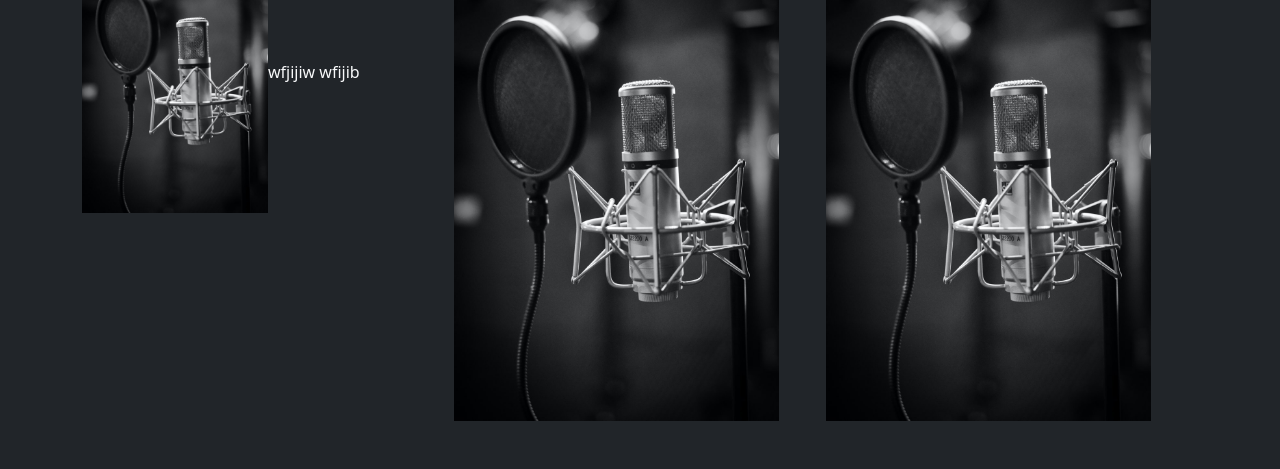
Repository: Eugene44-hub/music-workshop-site
Page: index.html
An editor plug-in stored every save of this project. The page is shown before and after the next save, followed by the edit.
The browser window is 1280 px wide. The pictures show the part of the page from y = 1393 to 1862 px (the page is 1862 px tall).
A picture or video elsewhere on the page could not be fetched, so the positions and the page height are approximate. Some web libraries are served in a nearby version.

Above is the page before, as saved 2021-10-24 15:00:49.

### index.html
<!DOCTYPE html>
<html lang="en">

<head>
    <meta charset="UTF-8">
    <meta http-equiv="X-UA-Compatible" content="IE=edge">
    <meta name="viewport" content="width=device-width, initial-scale=1.0">
    <title>Document</title>
    <link rel="stylesheet" href="style.css">
    <!-- CSS only -->
    <link href="https://cdn.jsdelivr.net/npm/bootstrap@5.1.3/dist/css/bootstrap.min.css" rel="stylesheet" integrity="sha384-1BmE4kWBq78iYhFldvKuhfTAU6auU8tT94WrHftjDbrCEXSU1oBoqyl2QvZ6jIW3" crossorigin="anonymous">
    <link rel="stylesheet" href="https://cdn.jsdelivr.net/npm/bootstrap-icons@1.6.1/font/bootstrap-icons.css">
</head>

<body class="bg-dark p-md-5 p-3">
    <!-- registeration starts  -->
    <section id="registration">
        <div class="container">
            <div class="d-lg-flex text-white bg-black align-items-center" id="regImg">
                <div id="regText" class="col-md text-center p-5">
                    <h2 id="musicheader" class="text-uppercase fs-2">
                        music workshop </h2>
                    <p class="text-danger"> free Workshop and classes</p>
                    <p class="text-secondary">Website services that aren't tailored to your users create missed oppurtunities. the structure and flow of your website should be logical and</p>
                    <div class="mt-5">
                        <button class="btn btn-danger mx-2">Register Now</button>
                        <button class="btn text-light mx-2"><i class="bi bi-caret-down-fill"></i> PLAY VIDEO</button>
                    </div>
                </div>
                <div class="col-md"> <img src="images/eminem.jpg" alt="" class="img-fluid"></div>

            </div>
        </div>
    </section>
    <!-- registeration ends  -->

    <!-- whats new starts -->
    <section class="text-light">
        <div class="container">
            <h2 id="new" class='text-center text-light fs-3 my-5'>What's new</h2>
            <div class="d-lg-flex row-sm  align-items-stretch">
                <div class="col-sm-6 col-lg m-auto">
                    <img src="images/microphone.jpg" class="img-fluid" alt="">
                </div>
                <div id="protextContain" class=" mx-sm-auto col-sm-6 col-lg py-5 py-lg-0 position-relative d-flex border-top border-danger ms-lg-3 mt-5 mt-lg-0">
                    <div id="proText" class="my-lg-auto ">
                        <h4 class="lead">
                            PRO SILENT <br> SYMPHONY
                        </h4>
                        <small>june 2021 By unik creative</small>
                        <p class="mt-5">site services that <br> aren't tailored</p>
                    </div>
                </div>
                <div class="col-sm-6 col-lg m-auto">
                    <img src="images/microphone.jpg" class="img-fluid" alt="">
                </div>
                <div id=protextContain class="mx-sm-auto col-sm-6 col-lg py-5 py-lg-0 position-relative d-flex border-top border-danger ms-lg-3 mt-5 mt-lg-0">
                    <div id="proText" class="my-lg-auto ">
                        <h4 class="lead">
                            PRO SILENT <br> SYMPHONY
                        </h4>
                        <small>june 2021 By unik creative</small>
                        <p class="mt-5">site services that <br> aren't tailored</p>
                    </div>

                </div>
                <div class="col-sm-6 col-lg m-auto">
                    <img src="images/microphone.jpg" class="img-fluid" alt="">
                </div>

                <div id=protextContain class="mx-sm-auto col-sm-6 col-lg py-5 py-lg-0 position-relative d-flex border-top border-danger ms-lg-3 mt-5 mt-lg-0">
                    <div id="proText" class="my-lg-auto ">
                        <h4 class="lead">
                            PRO SILENT <br> SYMPHONY
                        </h4>
                        <small>june 2021 By unik creative</small>
                        <p class="mt-5">site services that <br> aren't tailored</p>
                    </div>

                </div>
            </div>
        </div>

    </section>
    <!-- whats new ends -->

    <!-- newletter section starts -->
    <section class="text-light ">
        <div class="container">
            <div class="d-lg-flex">
                <div class="col-md bg-danger d-flex p-5 m-auto newsletter">
                    <div class="m-auto">
                        <h2>SUBSCRIBE TO OUR NEWS LETTER</h2>
                        <p>subscribe to our News Letter to get the latest news about our products</p>
                        <input type="text" class="form-control">
                    </div>

                </div>
                <div class="col-md d-flex  p-5 newsletter" id="eminemBack">
                    <div class="m-auto ">
                        <h1 class="text-danger text-center" style="font-size:80px">"</h1>
                        <p class="text-center lead ">Website services that aren't tailored to your users create missed opputunities. The structure and flow of your website should be logical and straightforward
                        </p>
                        <div class="d-flex  align-items-center justify-content-center">
                            <img src="http://randomuser.me/api/portraits/men/4.jpg" class="rounded-circle img-fluid mx-2 " alt="">
                            <div class='mx-2'>
                                <h4>Lung Li</h3>
                                    <small>Singer</small>
                            </div>

                        </div>

                    </div>
                </div>
            </div>
        </div>
    </section>
    <!-- newletter section ends -->

    <!-- items starts-->
    <section class="text-light">

        <div class="container">
            <div class="d-flex">

                <div class="col">
                    <h3>Featured Item</h3>
                    <div class="d-flex">
                        <div>
                            <p><img src="images/microphone.jpg" class="img-fluid w-50" alt="">wfjijiw wfijib

                            </p>
                        </div>

                    </div>

                </div>

                <div class="col">
                    <h3>Featured Item</h3>
                    <div class="d-flex">
                        <div><img src="images/microphone.jpg" class="img-fluid" alt=""></div>
                        <p>wfjijiw wfiji</p>
                    </div>
                </div>

                <div class="col">
                    <h3>Featured Item</h3>
                    <div class="d-flex">
                        <div><img src="images/microphone.jpg" class="img-fluid" alt=""></div>
                        <p>wfjijiw wfiji</p>
                    </div>
                </div>

            </div>
        </div>

    </section>
    <!-- items ends-->

</body>
<!-- JavaScript Bundle with Popper -->
<script src="https://cdn.jsdelivr.net/npm/bootstrap@5.1.3/dist/js/bootstrap.bundle.min.js " integrity="sha384-ka7Sk0Gln4gmtz2MlQnikT1wXgYsOg+OMhuP+IlRH9sENBO0LRn5q+8nbTov4+1p " crossorigin="anonymous "></script>

</html>

### style.css
#musicheader,
#new {
    letter-spacing: 6px
}

.newsletter {
    height: 500px;
}

#eminemBack {
    background-image: url('images/eminem.jpg');
    background-repeat: no-repeat;
    /* background-size: ; */
    background-position-y: center;
    background-position-x: center;
}

After the next save:
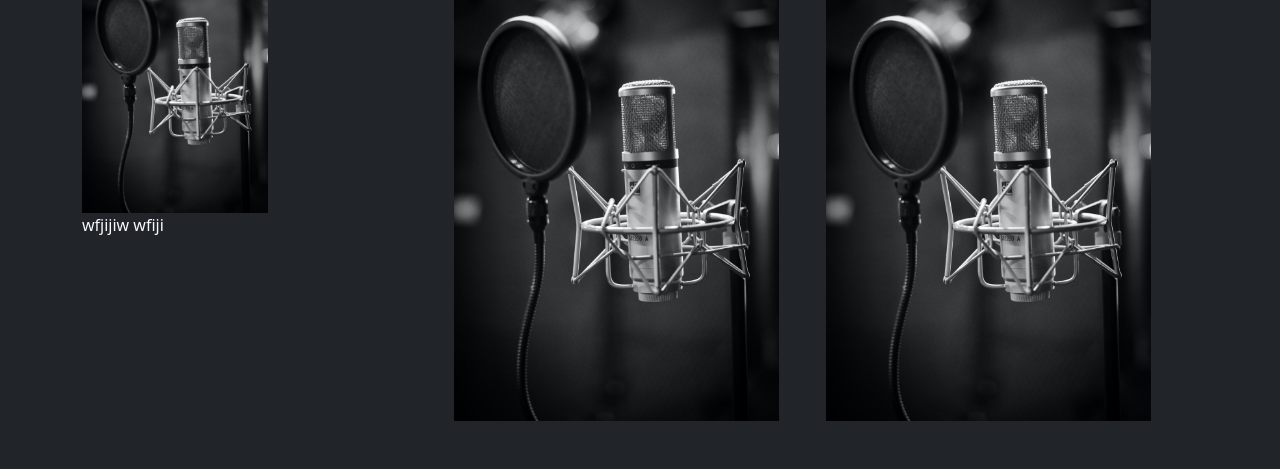
Saved 8 s later.
--- a/index.html
+++ b/index.html
@@ -126,10 +126,8 @@
                 <div class="col">
                     <h3>Featured Item</h3>
                     <div class="d-flex">
-                        <div>
-                            <p><img src="images/microphone.jpg" class="img-fluid w-50" alt="">wfjijiw wfijib
-
-                            </p>
+                        <div><img src="images/microphone.jpg" class="img-fluid w-50" alt="">
+                            <p>wfjijiw wfiji</p>
                         </div>
 
                     </div>
